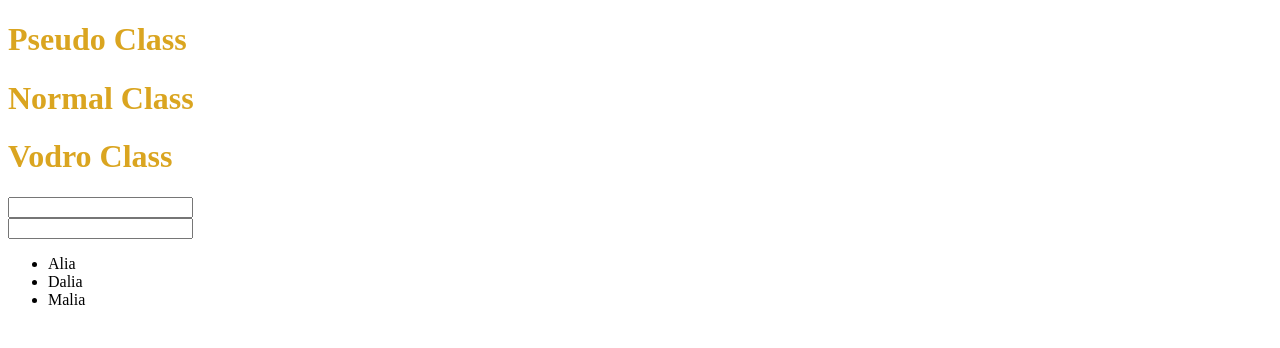
Repository: mohsinfarabi/first-website
Page: pseudo_class.html
An editor plug-in stored every save of this project. The page is shown before and after the next save, followed by the edit.
The browser window is 1280 px wide. The pictures show the whole page.

Above is the page before, as saved 2020-06-29 22:00:27.

### pseudo_class.html
<!DOCTYPE html>
<html lang="en">

<head>
    <meta charset="UTF-8">
    <meta name="viewport" content="width=device-width, initial-scale=1.0">
    <title>Document</title>
    <style>
        h1 {
            color: goldenrod;
        }

        .special-effect:hover {
            color: indianred;
            font-size: 60px;
            background-color: lawngreen;
        }

        input:focus {
            font-weight: 700px;
            font-size: 20px;
            color: green;
        }
    </style>
</head>

<body>
    <h1>Pseudo Class</h1>
    <h1>Normal Class</h1>
    <h1 class="special-effect">Vodro Class</h1>
    <input name="email" type="text">
    <br>
    <input name="password" type="text">
    <ul>
        <li>Alia</li>
        <li>Dalia</li>
        <li>Malia</li>
    </ul>
</body>

</html>

After the next save:
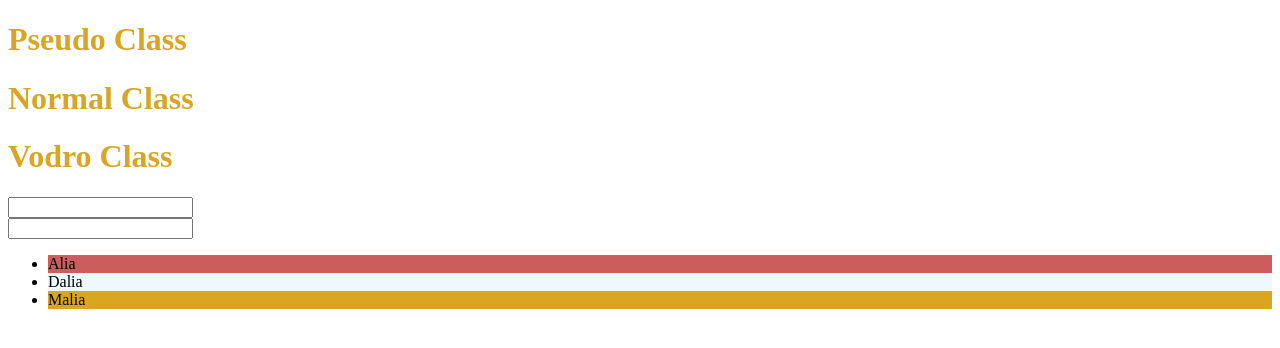
Saved 2 min 28 s later.
--- a/pseudo_class.html
+++ b/pseudo_class.html
@@ -21,6 +21,18 @@
             font-size: 20px;
             color: green;
         }
+
+        li:first-child {
+            background-color: indianred;
+        }
+
+        li:last-child {
+            background-color: goldenrod;
+        }
+
+        li:nth-child(2) {
+            background-color: aliceblue;
+        }
     </style>
 </head>
 
